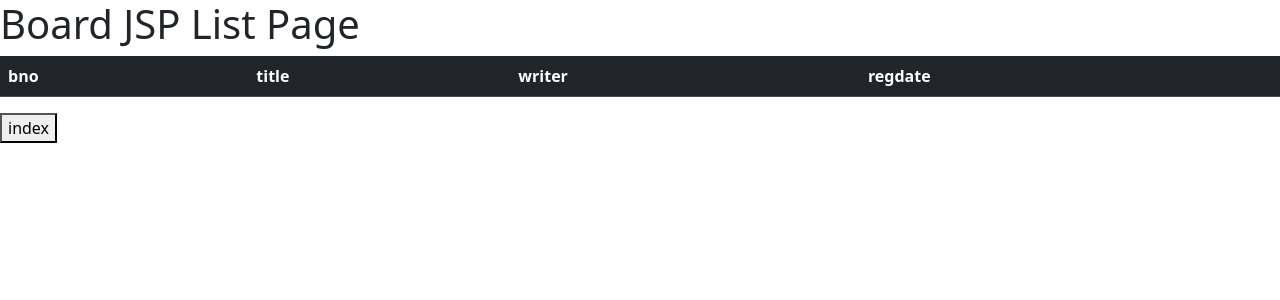
Repository: dlfhrrl12/jsptest
Page: http://localhost/jsp_study2/brd/list
These files come from the project's save history. The page is drawn as it stood at one moment and after the next save; the edit follows.
The browser window is 1280 px wide. The pictures show the whole page.
The page is served by Tomcat 9. Queries for data that is not in the repository find no rows.

Above is the page before, as saved 2024-04-16 08:46:46.

After the next save:
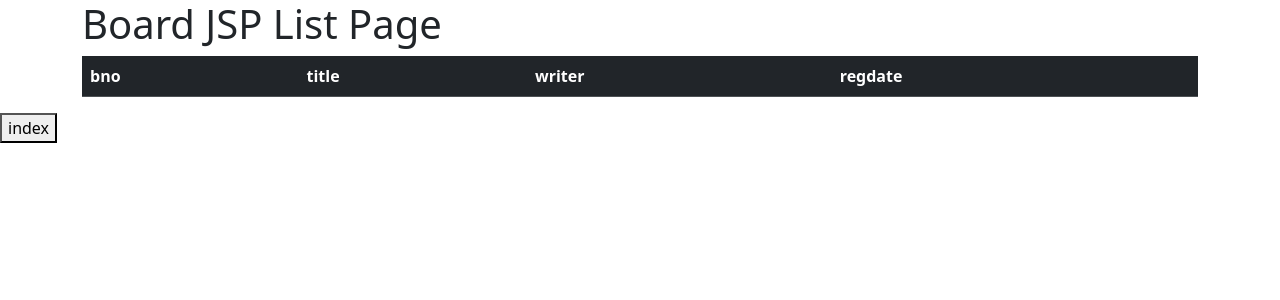
Saved 34 s later.
--- a/jsp_study2/src/main/webapp/board/list.jsp
+++ b/jsp_study2/src/main/webapp/board/list.jsp
@@ -11,6 +11,7 @@
 
 </head>
 <body>
+<div class="container-sm">
 	<h1>Board JSP List Page</h1>
 
 	<table class="table table-dark table-hover">
@@ -31,6 +32,7 @@
 		</c:forEach>
 
 	</table>
+	</div>
 	<a href="../index.jsp"> <button type="button">index</button> </a>
 </body>
 </html>
